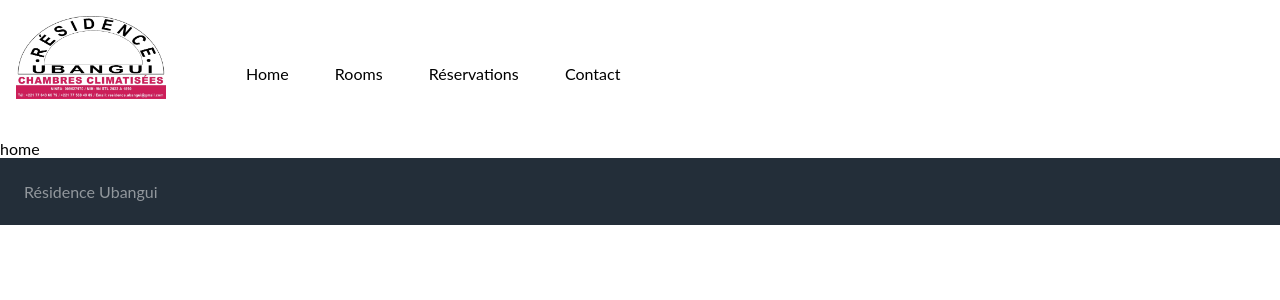
Repository: Nedjim/ubangui
Page: /home
The author's editor kept a copy of each file at every save. The page is drawn from the files as they stood at one save, then again after the next save.
The browser window is 1280 px wide. The pictures show the whole page.
The project was rebuilt for these pictures with package versions that can differ from the ones it lists, and the page was loaded fresh each time. The framework's server and built-in components were replaced by stand-ins that run in the browser. Also part of the build but not shown: nuxt.config.ts, components/Carousel.vue, components/PageTitle.vue, components/Test.vue.

Above is the page before, as saved 2024-01-11 21:16:14.

### components/Footer.vue
<template>
  <footer>
    <div class="content">
      Résidence Ubangui
    </div>
  </footer>
</template>

<style  scoped lang="scss">
footer {
  width: 100%;
  padding: 16px 0;
  background: #232e39;
  color: rgba(255,255,255,.5);

  .content {
    padding: 8px 24px;
  }
}
</style>

### components/Header.vue
<template>
  <header>
    <nav>
      <img class="logo" src="~/assets/img/logo.jpg" alt="logo-ubangui" />
      <ul>
        <li><NuxtLink to="/home">Home</NuxtLink></li>
        <li><NuxtLink to="/rooms">Rooms</NuxtLink></li>
        <li><NuxtLink to="/reservations">Réservations</NuxtLink></li>
        <li><NuxtLink to="/contact">Contact</NuxtLink></li>
      </ul>
    </nav>
  </header>
</template>

<style scoped lang="scss">
.logo {
  width: 150px;
}

header {
  padding: 16px;
}

nav {
  display: flex;
  margin-bottom: 24px;
  ul {
    width: 30%;
    display: flex;
    justify-content: space-between;
    align-items: flex-end;
    margin-left: 40px;
    li {
      list-style-type: none;
      a {
        text-decoration: none;
        color: black;
      }
    }
  }
}
</style>

### app.vue
<script setup lang="ts">
useHead({
  title: "Residence Ubangui",
  meta: [{ name: "Residence Ubangui", content: "Sénégal" }],
  bodyAttrs: {
    class: "test",
  },
  script: [{ innerHTML: "console.log('Hello world')" }],
});
</script>
<template>
  <div>
    <Header />
    <NuxtPage />
    <Footer />
  </div>
</template>

<style lang="scss">
body {
  font-family: Lato,sans-serif;
  margin: 0;

  h2 {
    font-weight: 300;
  }
}
</style>

### components/Separator.vue
<template>
    <div>
        <div class="separator"></div>
    </div>
</template>

<style scoped lang="scss">
.separator {
  overflow: hidden;
  height: 20px;
}

.separator:after {
  content: '';
  display: block;
  width: 90%;
  height: 30px;
	margin: -30px auto 0;
  border-radius: 120px / 10px;
  box-shadow: 0px 0px 8px rgba(0,0,0,.6);
}
</style>

Loaded but not shown: pages/home.vue (common file)

After the next save:
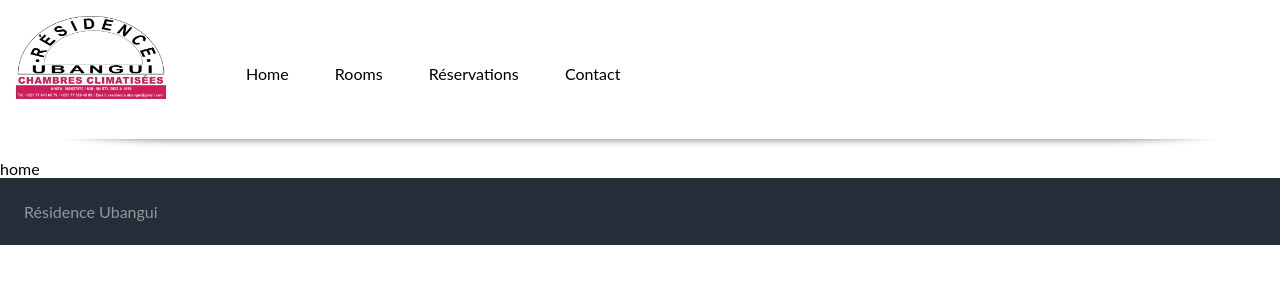
Saved 14 s later.
--- a/app.vue
+++ b/app.vue
@@ -11,6 +11,7 @@
 <template>
   <div>
     <Header />
+    <Separator />
     <NuxtPage />
     <Footer />
   </div>
